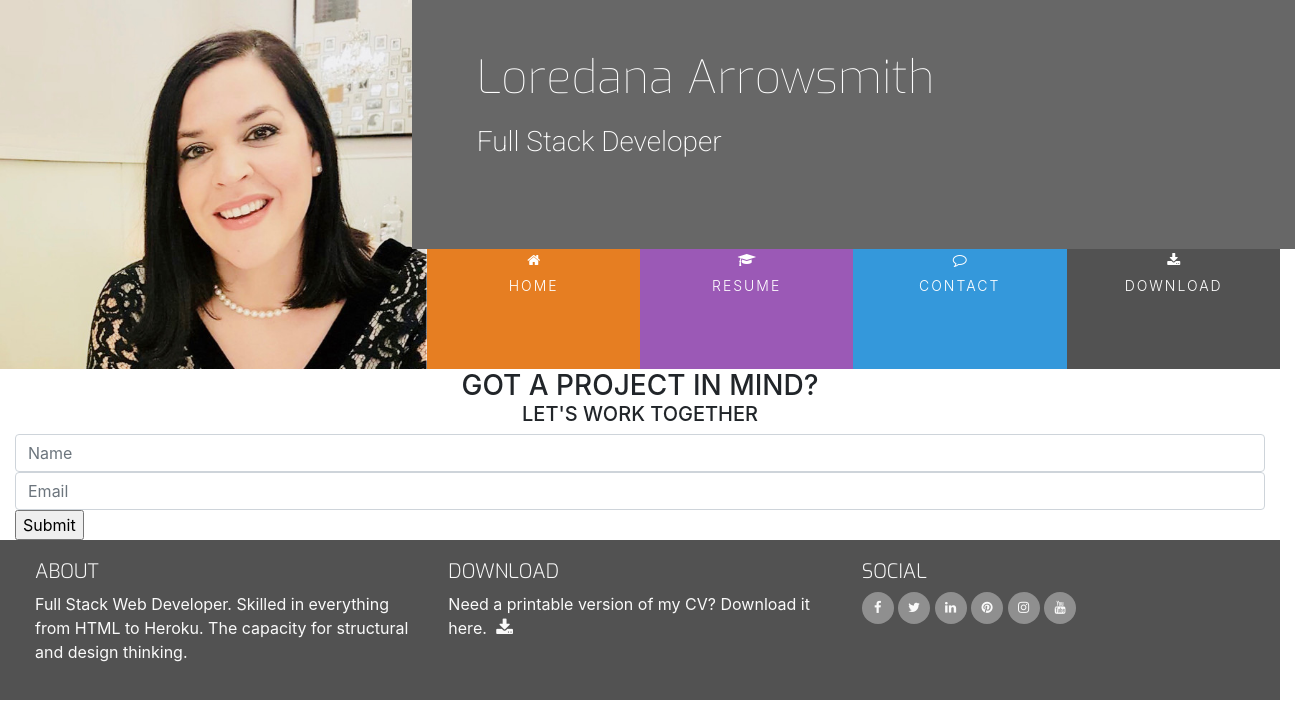
Repository: lolalongo11/Loredana-Resume
Page: contact.html
The author's editor kept a record of every edit. The page is drawn from the files as they stood at one moment, then again after the next edit.
The browser window is 1280 px wide. The page is 1295 px wide, so the pictures cover 1295 px, including what lies to the right of the window. The pictures show the whole page.

Above is the page before.

After the next edit:
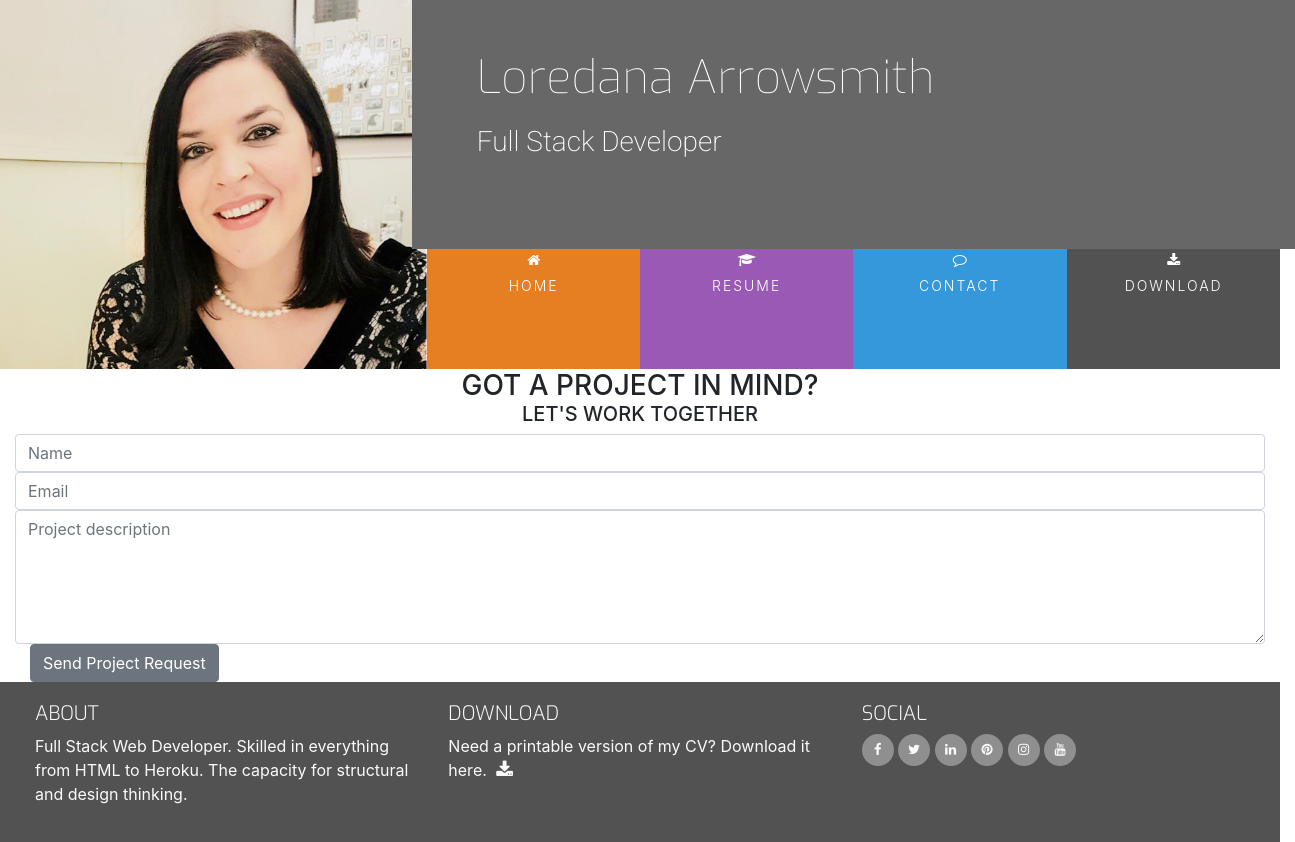
The edit:
--- a/contact.html
+++ b/contact.html
@@ -55,7 +55,13 @@
                     <form>
                         <input type="text" name="name" id="fullname" class="form-control" placeholder="Name" required/>
                         <input type="email" name="email" id="emailaddress" class="form-control" placeholder="Email" required/>
-                        <input type="submit" value="Submit"/>
+                        <textarea rows="5" name="projectsummary" id="projectsummary" class="form-control"
+                        placeholder="Project description" required></textarea>
+                        <div class="form row-text-center">
+                            <div class="col">
+                                <button type="submit" class="btn btn-secondary">Send Project Request</button>
+                            </div>
+                        </div>
                     </form>
                 </div>
             </div>
